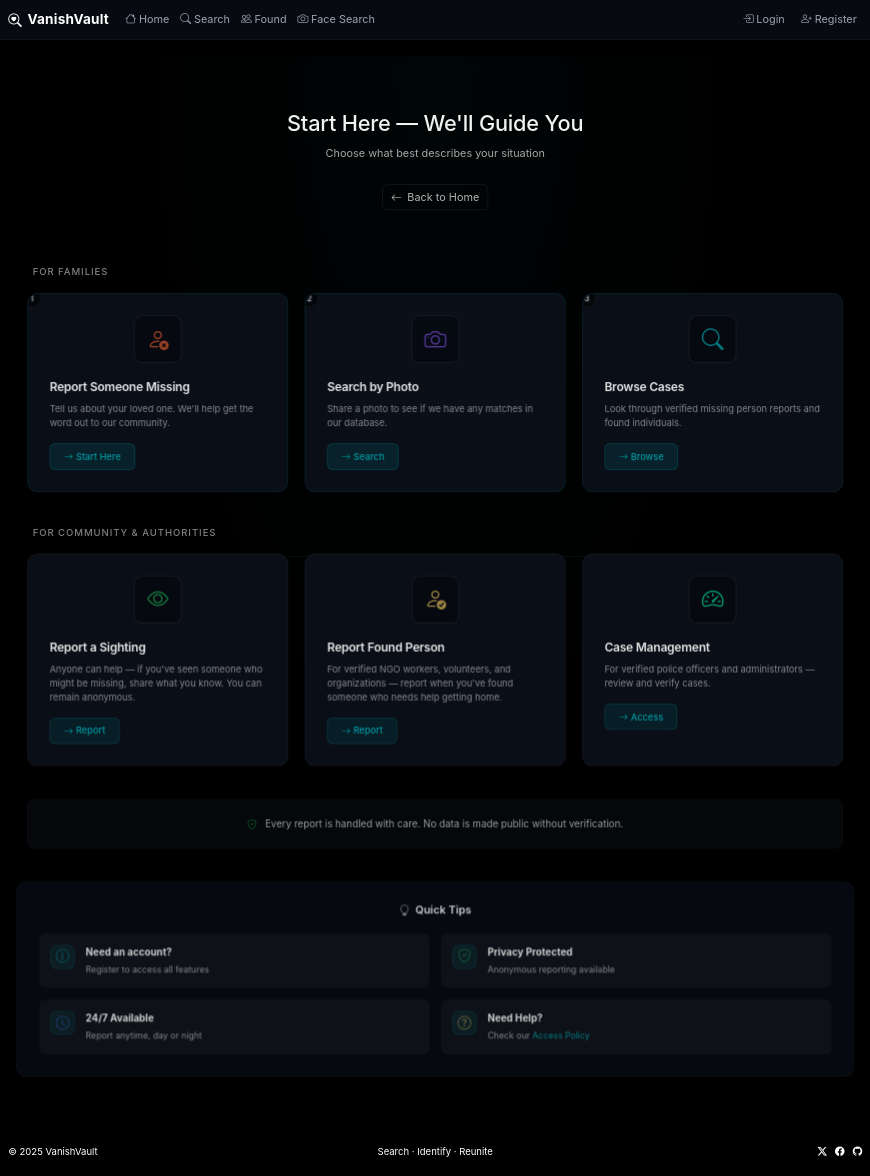
Repository: nidhi-jpg/Vanish-Vault
Page: templates/core/roadmap.html
An editor plug-in stored every save of this project. The page is shown before and after the next save, followed by the edit.
The browser window is 1280 px wide. The pictures show the whole page, at 68% of full size.
The template is drawn by Django 3.2. The application's start-up code is not run. Other server files are loaded and not shown. The template is opened directly, without the code that normally fills it, so the values that code supplies are empty.

Above is the page before, as saved 2026-01-01 23:05:16.

### templates/core/roadmap.html
{% extends 'core/base.html' %}

{% block title %}User Roadmap – How to Use VanishVault{% endblock %}

{% block extra_head %}
<style>
    .roadmap-page {
        min-height: 100vh;
        padding: 3rem 0;
        background: radial-gradient(ellipse at top, rgba(0,173,181,0.03) 0%, transparent 50%);
    }

    .page-header {
        text-align: center;
        margin-bottom: 3rem;
        padding: 2rem;
    }

    .page-header h1 {
        font-size: 2rem;
        font-weight: 500;
        margin-bottom: 0.75rem;
        color: rgba(255,255,255,0.95);
        letter-spacing: -0.3px;
    }

    .page-header .subtext {
        color: rgba(255,255,255,0.65);
        font-size: 1rem;
        font-weight: 400;
    }

    .roadmap-container {
        position: relative;
        max-width: 1200px;
        margin: 0 auto;
    }

    .roadmap-card {
        background: rgba(17,24,39,0.6);
        border: 1px solid rgba(255,255,255,0.05);
        border-radius: 16px;
        padding: 2rem;
        position: relative;
        transition: all 0.5s cubic-bezier(0.4, 0, 0.2, 1);
        overflow: hidden;
        backdrop-filter: blur(10px);
    }

    .roadmap-card::before {
        content: '';
        position: absolute;
        top: 0;
        left: 0;
        right: 0;
        bottom: 0;
        background: radial-gradient(circle at 50% 0%, rgba(0,173,181,0.08) 0%, transparent 70%);
        opacity: 0;
        transition: opacity 0.5s ease;
    }

    .roadmap-card:hover {
        transform: translateY(-4px);
        border-color: rgba(0,173,181,0.2);
        box-shadow: 0 12px 30px rgba(0,0,0,0.35), 0 0 20px rgba(0,173,181,0.06);
    }

    .roadmap-card:hover::before {
        opacity: 1;
    }

    .roadmap-icon-wrapper {
        width: 70px;
        height: 70px;
        margin: 0 auto 1.5rem;
        position: relative;
        display: flex;
        align-items: center;
        justify-content: center;
    }

    .roadmap-icon {
        width: 100%;
        height: 100%;
        border-radius: 12px;
        display: flex;
        align-items: center;
        justify-content: center;
        font-size: 2rem;
        position: relative;
        transition: all 0.4s ease;
        background: rgba(0,0,0,0.3);
        border: 1px solid rgba(255,255,255,0.1);
    }

    .roadmap-card:hover .roadmap-icon {
        transform: rotate(-5deg) scale(1.05);
    }

    .roadmap-icon.search { color: rgba(0,173,181,0.7); }
    .roadmap-icon.report-missing { color: rgba(255,107,53,0.6); }
    .roadmap-icon.sighting { color: rgba(34,197,94,0.6); }
    .roadmap-icon.found { color: rgba(255,211,105,0.6); }
    .roadmap-icon.face-search { color: rgba(139,92,246,0.6); }
    .roadmap-icon.dashboard { color: rgba(0,255,178,0.6); }

    .roadmap-icon::after {
        content: '';
        position: absolute;
        inset: -2px;
        border-radius: 12px;
        padding: 2px;
        background: linear-gradient(135deg, currentColor, transparent);
        -webkit-mask: linear-gradient(#fff 0 0) content-box, linear-gradient(#fff 0 0);
        -webkit-mask-composite: xor;
        mask: linear-gradient(#fff 0 0) content-box, linear-gradient(#fff 0 0);
        mask-composite: exclude;
        opacity: 0;
        transition: opacity 0.4s ease;
    }

    .roadmap-card:hover .roadmap-icon::after {
        opacity: 0.3;
    }

    .step-number {
        position: absolute;
        top: -8px;
        left: -8px;
        width: 28px;
        height: 28px;
        background: rgba(0,0,0,0.6);
        border: 1px solid rgba(255,255,255,0.1);
        color: rgba(255,255,255,0.7);
        border-radius: 50%;
        display: flex;
        align-items: center;
        justify-content: center;
        font-weight: 600;
        font-size: 0.75rem;
        backdrop-filter: blur(10px);
    }

    .roadmap-card h3 {
        font-size: 1.1rem;
        font-weight: 600;
        margin-bottom: 0.75rem;
        color: rgba(255,255,255,0.9);
        letter-spacing: -0.3px;
    }

    .roadmap-card p {
        color: rgba(255,255,255,0.5);
        font-size: 0.85rem;
        line-height: 1.5;
        margin-bottom: 1.25rem;
        min-height: 2.5rem;
    }

    .roadmap-card .btn {
        background: rgba(0,173,181,0.1);
        border: 1px solid rgba(0,173,181,0.25);
        color: rgba(0,173,181,0.85);
        border-radius: 8px;
        padding: 0.5rem 1.25rem;
        font-weight: 500;
        font-size: 0.85rem;
        transition: all 0.3s ease;
    }

    .roadmap-card.primary .btn {
        background: rgba(0,173,181,0.12);
        border-color: rgba(0,173,181,0.3);
    }

    .roadmap-card .btn:hover {
        background: rgba(0,173,181,0.18);
        border-color: rgba(0,173,181,0.4);
        color: rgba(0,173,181,0.95);
        transform: translateX(2px);
    }

    /* Roadmap Grid Layout */
    .roadmap-grid {
        display: grid;
        grid-template-columns: repeat(auto-fit, minmax(280px, 1fr));
        gap: 1.5rem;
        margin-bottom: 2rem;
    }

    .roadmap-section {
        margin-bottom: 3rem;
    }

    .roadmap-section-title {
        font-size: 0.875rem;
        font-weight: 500;
        color: rgba(255,255,255,0.5);
        text-transform: uppercase;
        letter-spacing: 0.1em;
        margin-bottom: 1.25rem;
        padding-left: 0.5rem;
    }

    .roadmap-card.primary {
        border-color: rgba(0,173,181,0.15);
    }

    .roadmap-card.primary:hover {
        border-color: rgba(0,173,181,0.25);
        box-shadow: 0 15px 35px rgba(0,0,0,0.4), 0 0 25px rgba(0,173,181,0.08);
    }

    /* Creative connecting lines effect */
    .roadmap-container::before {
        content: '';
        position: absolute;
        top: 50%;
        left: 0;
        right: 0;
        height: 1px;
        background: linear-gradient(90deg,
            transparent 0%,
            rgba(0,173,181,0.1) 20%,
            rgba(0,173,181,0.1) 80%,
            transparent 100%);
        z-index: 0;
    }

    .roadmap-card {
        position: relative;
        z-index: 1;
    }

    /* Quick Tips - Darker Style */
    .quick-tips {
        background: rgba(17,24,39,0.4);
        border: 1px solid rgba(255,255,255,0.05);
        border-radius: 16px;
        padding: 2rem;
        margin-top: 3rem;
        backdrop-filter: blur(10px);
    }

    .quick-tips h3 {
        color: rgba(255,255,255,0.8);
        font-size: 1rem;
        font-weight: 600;
        margin-bottom: 1.5rem;
    }

    .tip-item {
        display: flex;
        align-items: start;
        gap: 1rem;
        padding: 1rem;
        border-radius: 10px;
        transition: all 0.3s ease;
        border: 1px solid transparent;
    }

    .tip-item:hover {
        background: rgba(255,255,255,0.03);
        border-color: rgba(255,255,255,0.05);
    }

    .tip-icon {
        font-size: 1.25rem;
        flex-shrink: 0;
        opacity: 0.7;
    }

    .tip-item strong {
        color: rgba(255,255,255,0.8);
        font-size: 0.9rem;
        display: block;
        margin-bottom: 0.25rem;
    }

    .tip-item p {
        color: rgba(255,255,255,0.5);
        font-size: 0.8rem;
        margin: 0;
    }

    .tip-item a {
        color: rgba(0,173,181,0.7);
        text-decoration: none;
        transition: color 0.3s ease;
    }

    .tip-item a:hover {
        color: rgba(0,173,181,0.9);
    }

    @media (max-width: 768px) {
        .roadmap-grid {
            grid-template-columns: 1fr;
            gap: 1.25rem;
        }

        .page-header h1 {
            font-size: 1.75rem;
        }

        .roadmap-icon-wrapper {
            width: 60px;
            height: 60px;
        }

        .roadmap-icon {
            font-size: 1.75rem;
        }
    }

    /* Trust message */
    .trust-message {
        text-align: center;
        padding: 1.5rem 2rem;
        background: rgba(17,24,39,0.3);
        border: 1px solid rgba(255,255,255,0.05);
        border-radius: 12px;
        margin-top: 2.5rem;
        margin-bottom: 2rem;
    }

    .trust-message p {
        color: rgba(255,255,255,0.6);
        font-size: 0.9rem;
        line-height: 1.6;
        margin: 0;
    }

    .trust-message i {
        color: rgba(34,197,94,0.5);
        margin-right: 0.5rem;
    }

    /* Subtle animation on load */
    @keyframes fadeInUp {
        from {
            opacity: 0;
            transform: translateY(15px);
        }
        to {
            opacity: 1;
            transform: translateY(0);
        }
    }

    .roadmap-card {
        animation: fadeInUp 0.5s ease backwards;
    }

    .roadmap-card:nth-child(1) { animation-delay: 0.05s; }
    .roadmap-card:nth-child(2) { animation-delay: 0.1s; }
    .roadmap-card:nth-child(3) { animation-delay: 0.15s; }
    .roadmap-card:nth-child(4) { animation-delay: 0.2s; }
    .roadmap-card:nth-child(5) { animation-delay: 0.25s; }
    .roadmap-card:nth-child(6) { animation-delay: 0.3s; }
</style>
{% endblock %}

{% block content %}
<div class="roadmap-page">
    <div class="container-xxl">
        <!-- Page Header -->
        <div class="page-header">
            <h1>Start Here — We'll Guide You</h1>
            <p class="subtext">Choose what best describes your situation</p>
            <a href="{% url 'core:home' %}" class="btn btn-outline-secondary mt-3" style="border-color: rgba(255,255,255,0.1); color: rgba(255,255,255,0.7);">
                <i class="bi bi-arrow-left me-2"></i>Back to Home
            </a>
        </div>

        <!-- Roadmap Container -->
        <div class="roadmap-container">
            <!-- Primary Actions - For Families -->
            <div class="roadmap-section">
                <div class="roadmap-section-title">For Families</div>
                <div class="roadmap-grid">
                    <!-- Step 1: Report Missing -->
                    <div class="roadmap-card glass primary">
                        <div class="step-number">1</div>
                        <div class="roadmap-icon-wrapper">
                            <div class="roadmap-icon report-missing">
                                <i class="bi bi-person-x"></i>
                            </div>
                        </div>
                        <h3>Report Someone Missing</h3>
                        <p>Tell us about your loved one. We'll help get the word out to our community.</p>
                        <a href="{% url 'core:report_missing' %}" class="btn">
                            <i class="bi bi-arrow-right me-1"></i>Start Here
                        </a>
                    </div>

                    <!-- Step 2: Face Search -->
                    <div class="roadmap-card glass primary">
                        <div class="step-number">2</div>
                        <div class="roadmap-icon-wrapper">
                            <div class="roadmap-icon face-search">
                                <i class="bi bi-camera"></i>
                            </div>
                        </div>
                        <h3>Search by Photo</h3>
                        <p>Share a photo to see if we have any matches in our database.</p>
                        <a href="{% url 'core:face_search' %}" class="btn">
                            <i class="bi bi-arrow-right me-1"></i>Search
                        </a>
                    </div>

                    <!-- Step 3: Search Database -->
                    <div class="roadmap-card glass primary">
                        <div class="step-number">3</div>
                        <div class="roadmap-icon-wrapper">
                            <div class="roadmap-icon search">
                                <i class="bi bi-search"></i>
                            </div>
                        </div>
                        <h3>Browse Cases</h3>
                        <p>Look through verified missing person reports and found individuals.</p>
                        <a href="{% url 'core:search' %}" class="btn">
                            <i class="bi bi-arrow-right me-1"></i>Browse
                        </a>
                    </div>
                </div>
            </div>

            <!-- Secondary Actions - For Community & Authorities -->
            <div class="roadmap-section">
                <div class="roadmap-section-title">For Community & Authorities</div>
                <div class="roadmap-grid">
                    <!-- Report Sighting -->
                    <div class="roadmap-card glass">
                        <div class="roadmap-icon-wrapper">
                            <div class="roadmap-icon sighting">
                                <i class="bi bi-eye"></i>
                            </div>
                        </div>
                        <h3>Report a Sighting</h3>
                        <p>Anyone can help — if you've seen someone who might be missing, share what you know. You can remain anonymous.</p>
                        <a href="{% url 'core:search' %}" class="btn">
                            <i class="bi bi-arrow-right me-1"></i>Report
                        </a>
                    </div>

                    <!-- Report Found -->
                    <div class="roadmap-card glass">
                        <div class="roadmap-icon-wrapper">
                            <div class="roadmap-icon found">
                                <i class="bi bi-person-check"></i>
                            </div>
                        </div>
                        <h3>Report Found Person</h3>
                        <p>For verified NGO workers, volunteers, and organizations — report when you've found someone who needs help getting home.</p>
                        <a href="{% url 'core:report_found' %}" class="btn">
                            <i class="bi bi-arrow-right me-1"></i>Report
                        </a>
                    </div>

                    <!-- Dashboard -->
                    <div class="roadmap-card glass">
                        <div class="roadmap-icon-wrapper">
                            <div class="roadmap-icon dashboard">
                                <i class="bi bi-speedometer2"></i>
                            </div>
                        </div>
                        <h3>Case Management</h3>
                        <p>For verified police officers and administrators — review and verify cases.</p>
                        <a href="{% url 'core:dashboard' %}" class="btn">
                            <i class="bi bi-arrow-right me-1"></i>Access
                        </a>
                    </div>
                </div>
            </div>

            <!-- Trust Message -->
            <div class="trust-message glass">
                <p>
                    <i class="bi bi-shield-check"></i>
                    Every report is handled with care. No data is made public without verification.
                </p>
            </div>
        </div>

        <!-- Quick Tips -->
        <div class="quick-tips glass">
            <h3 class="text-center mb-4">
                <i class="bi bi-lightbulb me-2" style="opacity: 0.6;"></i>Quick Tips
            </h3>
            <div class="row g-3">
                <div class="col-12 col-md-6">
                    <div class="tip-item">
                        <div class="tip-icon" style="color: rgba(0,173,181,0.6);">
                            <i class="bi bi-info-circle"></i>
                        </div>
                        <div>
                            <strong>Need an account?</strong>
                            <p>Register to access all features</p>
                        </div>
                    </div>
                </div>
                <div class="col-12 col-md-6">
                    <div class="tip-item">
                        <div class="tip-icon" style="color: rgba(34,197,94,0.6);">
                            <i class="bi bi-shield-check"></i>
                        </div>
                        <div>
                            <strong>Privacy Protected</strong>
                            <p>Anonymous reporting available</p>
                        </div>
                    </div>
                </div>
                <div class="col-12 col-md-6">
                    <div class="tip-item">
                        <div class="tip-icon" style="color: rgba(59,130,246,0.6);">
                            <i class="bi bi-clock"></i>
                        </div>
                        <div>
                            <strong>24/7 Available</strong>
                            <p>Report anytime, day or night</p>
                        </div>
                    </div>
                </div>
                <div class="col-12 col-md-6">
                    <div class="tip-item">
                        <div class="tip-icon" style="color: rgba(255,211,105,0.6);">
                            <i class="bi bi-question-circle"></i>
                        </div>
                        <div>
                            <strong>Need Help?</strong>
                            <p>Check our <a href="{% url 'core:access_policy' %}">Access Policy</a></p>
                        </div>
                    </div>
                </div>
            </div>
        </div>
    </div>
</div>
{% endblock %}

Loaded but not shown: static/js/app.js (30 lines, source omitted); static/css/styles.css (2811 lines, source omitted); templates/core/base.html (162 lines, source omitted)

After the next save:
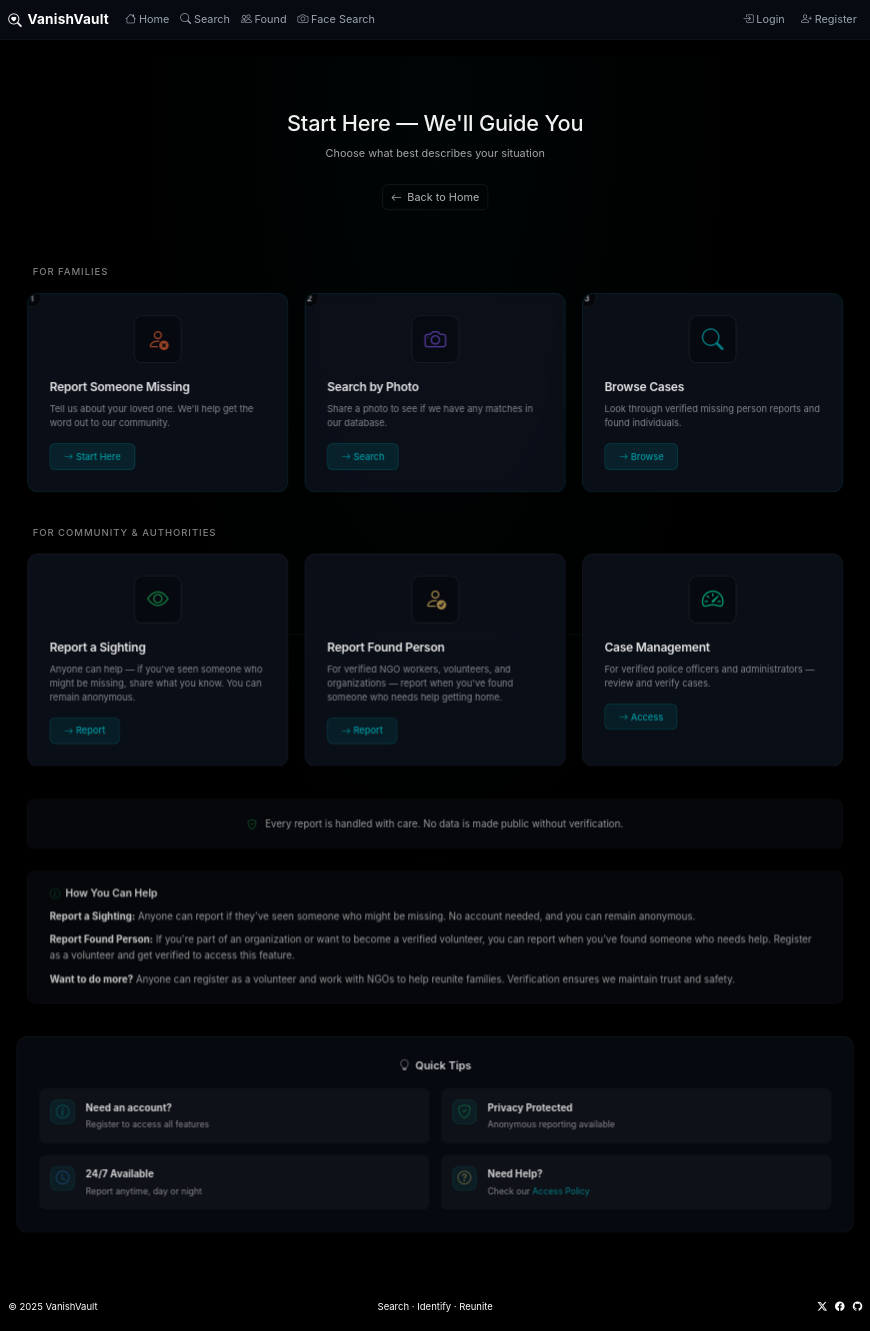
Saved 17 s later.
--- a/templates/core/roadmap.html
+++ b/templates/core/roadmap.html
@@ -481,6 +481,24 @@
                     Every report is handled with care. No data is made public without verification.
                 </p>
             </div>
+
+            <!-- Clarification Section -->
+            <div class="trust-message glass" style="margin-top: 1.5rem; text-align: left;">
+                <h4 style="color: rgba(255,255,255,0.8); font-size: 0.95rem; font-weight: 600; margin-bottom: 0.75rem;">
+                    <i class="bi bi-info-circle me-2" style="opacity: 0.6;"></i>How You Can Help
+                </h4>
+                <div style="color: rgba(255,255,255,0.6); font-size: 0.875rem; line-height: 1.7;">
+                    <p style="margin-bottom: 0.75rem;">
+                        <strong style="color: rgba(255,255,255,0.8);">Report a Sighting:</strong> Anyone can report if they've seen someone who might be missing. No account needed, and you can remain anonymous.
+                    </p>
+                    <p style="margin-bottom: 0.75rem;">
+                        <strong style="color: rgba(255,255,255,0.8);">Report Found Person:</strong> If you're part of an organization or want to become a verified volunteer, you can report when you've found someone who needs help. Register as a volunteer and get verified to access this feature.
+                    </p>
+                    <p style="margin: 0;">
+                        <strong style="color: rgba(255,255,255,0.8);">Want to do more?</strong> Anyone can register as a volunteer and work with NGOs to help reunite families. Verification ensures we maintain trust and safety.
+                    </p>
+                </div>
+            </div>
         </div>
 
         <!-- Quick Tips -->
